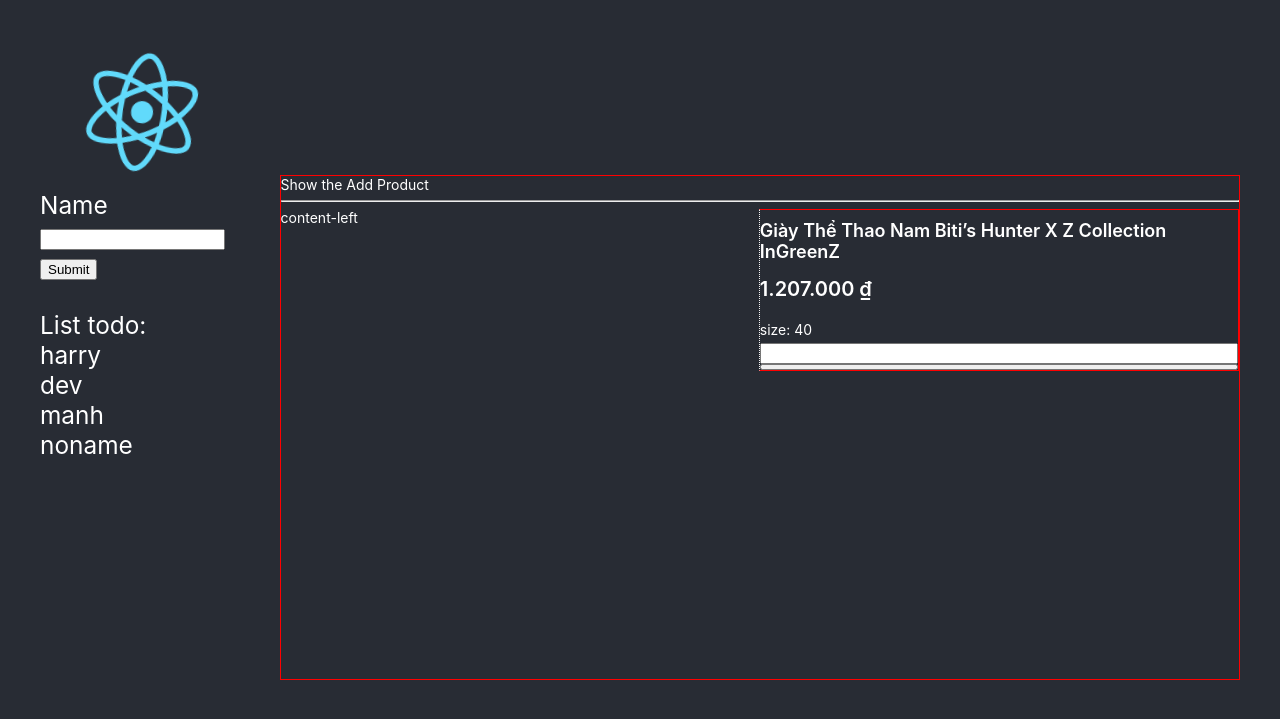
Repository: minh66hn/base-react-hook
Page: /
These files come from the project's save history. The page is drawn as it stood at one moment and after the next save; the edit follows.
The browser window is 1280 px wide. The pictures show the whole page.
The project was rebuilt for these pictures with package versions that can differ from the ones it lists, and the page was loaded fresh each time.

Above is the page before, as saved 2022-05-01 17:15:16.

After the next save:
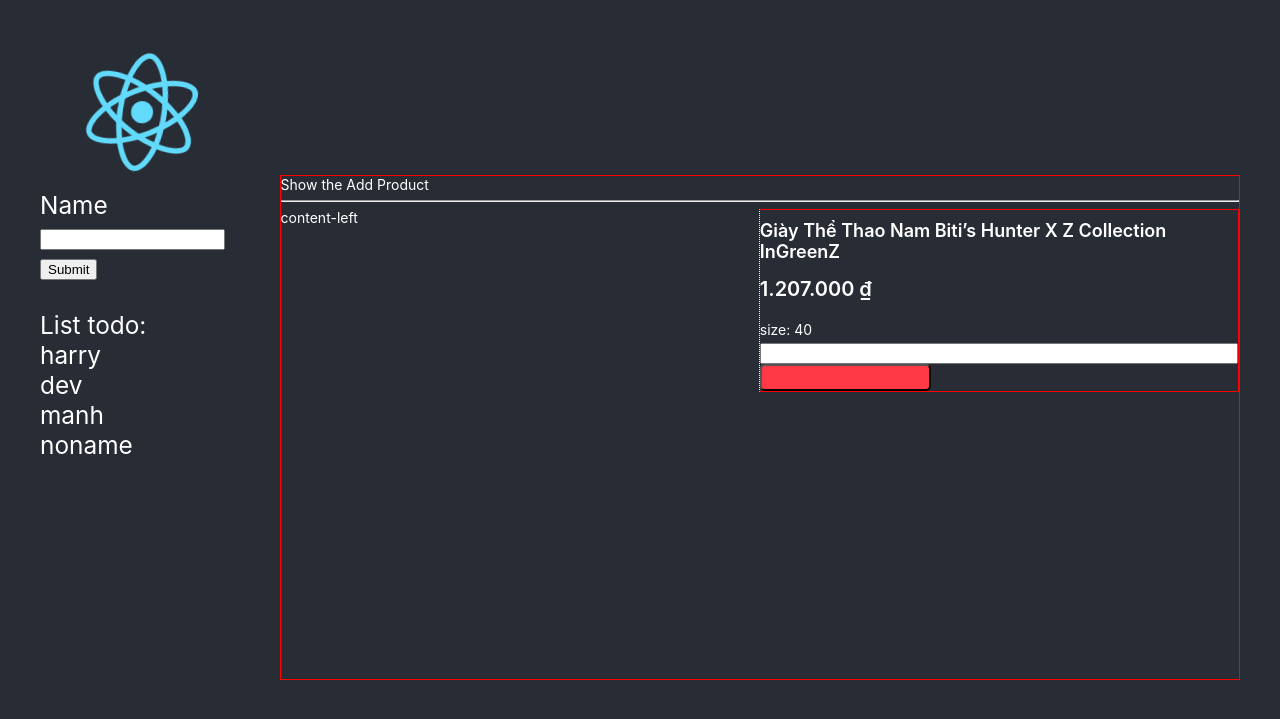
Saved 5 s later.
--- a/src/components/Products/Product.js
+++ b/src/components/Products/Product.js
@@ -14,7 +14,7 @@
         </div>
         <div className="action">
             <input type="number" />
-            <button className=""></button>
+            <button className="buy"></button>
         </div>
       </div>
     </div>
